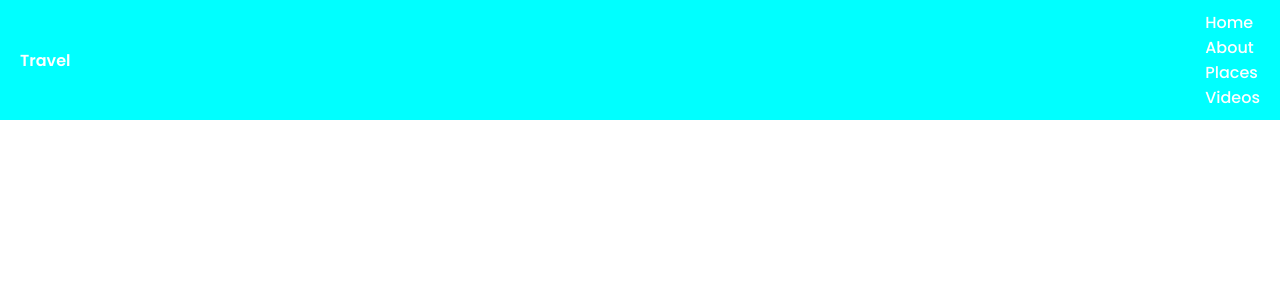
Repository: OmniaRafat232111121/Traveling
Page: index.html
These files come from the project's save history. The page is drawn as it stood at one moment and after the next save; the edit follows.
The browser window is 1280 px wide. The pictures show the whole page.

Above is the page before, as saved 2022-12-19 22:14:35.

### index.html
<!DOCTYPE html>
<html lang="en">
<head>
    <meta charset="UTF-8">
    <meta http-equiv="X-UA-Compatible" content="IE=edge">
    <meta name="viewport" content="width=device-width, initial-scale=1.0">
    <title>Travel Css</title>
    <link rel="stylesheet" href="css/style.css">
</head>
<body>
    <!--navbar-->
    <header class="header">
        <div class="logo">
        <a href="index.html" >Travel</a>
        </div>
        <nav>
            <ul>
                <li><a href="index.html">Home</a></li>
                <li><a href="#about">About</a></li>
                <li><a href="#places">Places</a></li>
                <li><a href="#viedo">Videos</a></li>
            </ul>
        </nav>

    </header>

</body>
</html>

### css/style.css
@import url('https://fonts.googleapis.com/css2?family=Be+Vietnam+Pro:wght@100&family=Inter:wght@100;300;400;500;600&family=Montserrat:wght@400;700&family=Nunito:ital,wght@0,200;0,300;1,200&family=Open+Sans:ital,wght@0,300;0,600;0,700;1,300&family=Poppins:ital,wght@0,200;0,300;0,500;0,600;0,800;0,900;1,100;1,200;1,300;1,500&family=Work+Sans:ital,wght@0,100;0,200;0,400;0,500;1,200;1,300&display=swap');
*{
    padding:0;
    margin:0;
    box-sizing: border-box;
    font-family: Poppins,'sans-serif';
    scroll-behavior: smooth;
}
:root{
    --text-color:#021f2a;
    --bf-color:#fff;
}
li{
    list-style: none;
}
a{
    text-decoration: none;
}
header{
    background-color: aqua;
    position:fixed;
    width:100%;
    top:0;
    left:0;
    right:0;
    display:flex;
    align-items: center;
    justify-content: space-between;
    padding:10px 20px;
}
nav ul li{
    display:flex;
    row-gap:20px ;

}
nav ul li a{
    color:#fff;
}
.logo a{
    font-size: 1rem;
    font-weight: 600;
    color:var(--bf-color)
}

After the next save:
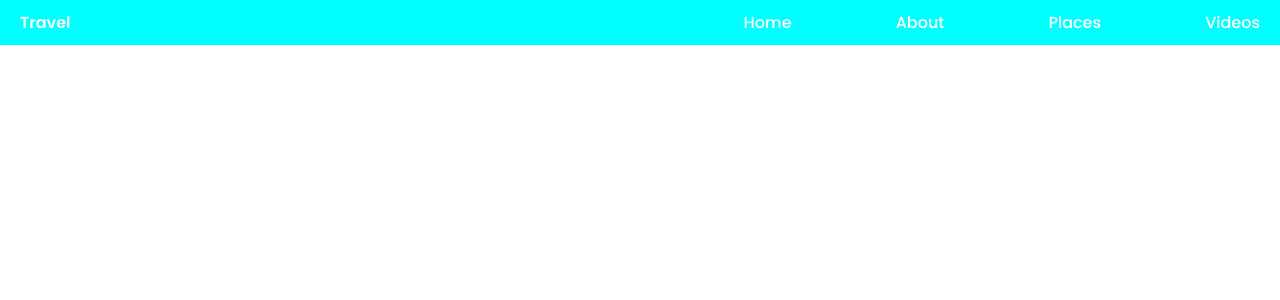
Saved 7 s later.
--- a/css/style.css
+++ b/css/style.css
@@ -29,8 +29,8 @@ header{
     padding:10px 20px;
 }
 nav ul li{
-    display:flex;
-    row-gap:20px ;
+    display:inline-block;
+    margin-left: 100px;
 
 }
 nav ul li a{
